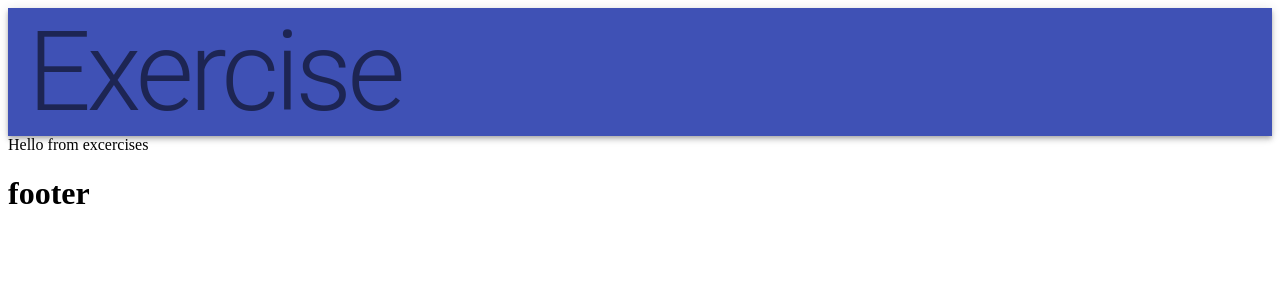
Repository: Votex874/material-ui
Page: /
An editor plug-in stored every save of this project. The page is shown before and after the next save, followed by the edit.
The browser window is 1280 px wide. The pictures show the whole page.
The project was rebuilt for these pictures with package versions that can differ from the ones it lists, and the page was loaded fresh each time.

Above is the page before, as saved 2019-03-23 17:21:49.

### src/index.js
import React from 'react';
import ReactDOM from 'react-dom';
import App from './Components/App';
import * as serviceWorker from './serviceWorker';

ReactDOM.render(<App />, document.getElementById('root'));

// If you want your app to work offline and load faster, you can change
// unregister() to register() below. Note this comes with some pitfalls.
// Learn more about service workers: https://bit.ly/CRA-PWA
serviceWorker.unregister();

### src/Components/App.js
import React, { Component, Fragment } from 'react';
import { Header, Footer } from './Layouts/index'
import Excersises from './Exercises/index'


class App extends Component {
  render() {
    return (
      <Fragment>
        <Header />
        <Excersises />
        <Footer />
      </Fragment>
    );
  }
}

export default App;

### src/Components/Layouts/index.js
import Header from './Header'
import Footer from './Footer'

export {
  Header, Footer
}

### src/Components/Exercises/index.js
import React from 'react'

export default props =>
  <div>
    Hello from excercises
  </div>

### src/Components/Layouts/Header.js
import React from 'react';
import { AppBar, Toolbar, Typography } from '@material-ui/core'


const Header = props => {
  return (
    <AppBar position="static">
      <Toolbar>
        <Typography variant="display4">Exercise</Typography>
      </Toolbar>
    </AppBar>
  );
}

export default Header

### src/Components/Layouts/Footer.js
import React from 'react';

const Footer = props => {
  return (
    <div>
      <h1>footer</h1>
    </div>
  );
}

export default Footer

Loaded but not shown: public/index.html (common file); src/serviceWorker.js (common file)

After the next save:
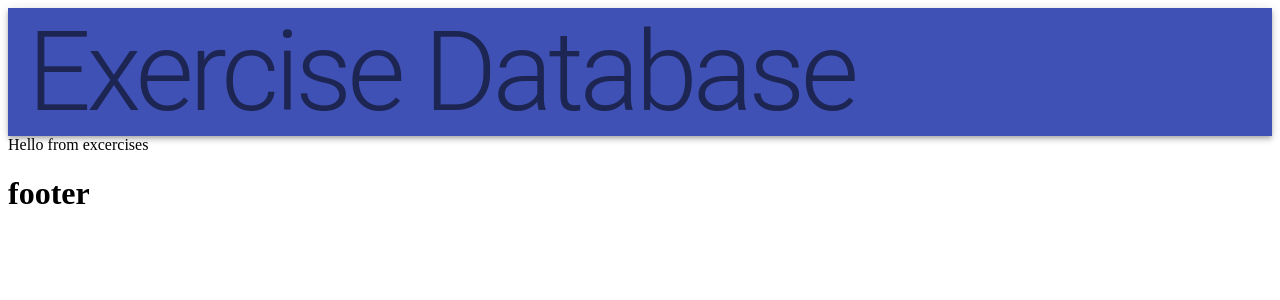
Saved 8 s later.
--- a/src/Components/Layouts/Header.js
+++ b/src/Components/Layouts/Header.js
@@ -6,7 +6,7 @@ const Header = props => {
   return (
     <AppBar position="static">
       <Toolbar>
-        <Typography variant="display4">Exercise</Typography>
+        <Typography variant="display4">Exercise Database</Typography>
       </Toolbar>
     </AppBar>
   );
